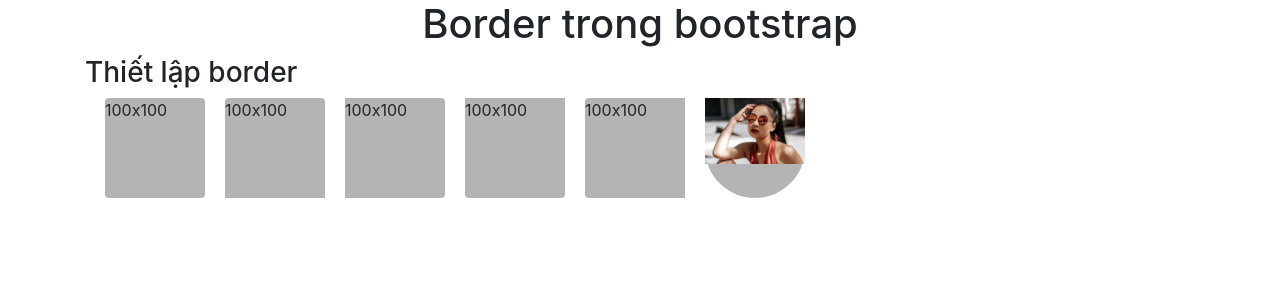
Repository: anhtu2110/front_end
Page: lesson/bootstrap/box/4.3-rounded.html
These files come from the project's save history. The page is drawn as it stood at one moment and after the next save; the edit follows.
The browser window is 1280 px wide. The pictures show the whole page.

Above is the page before, as saved 2022-12-02 08:26:38.

After the next save:
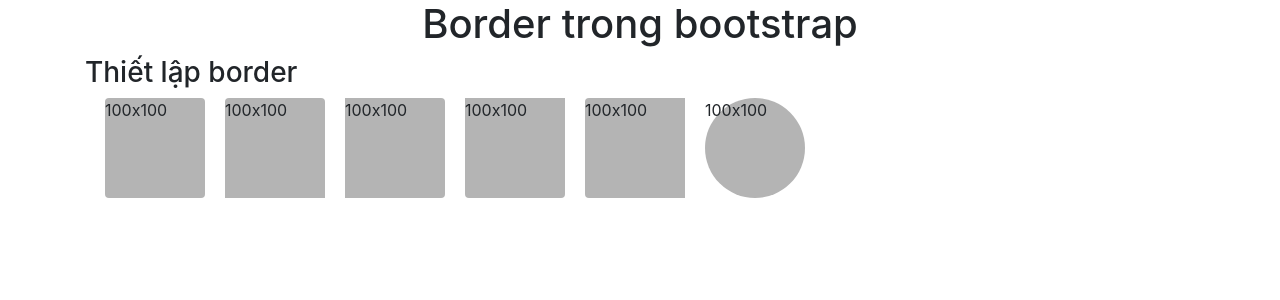
Saved 13 s later.
--- a/lesson/bootstrap/box/4.3-rounded.html
+++ b/lesson/bootstrap/box/4.3-rounded.html
@@ -27,9 +27,7 @@
           <div class="box rounded-right">100x100</div>
           <div class="box rounded-bottom">100x100</div>
           <div class="box rounded-left">100x100</div>
-          <div class="box rounded-circle">
-            <img class="d-block img-fluid" src="./images/girl-1.jpg" alt="" />
-          </div>
+          <div class="box rounded-circle">100x100</div>
         </div>
       </div>
     </div>
